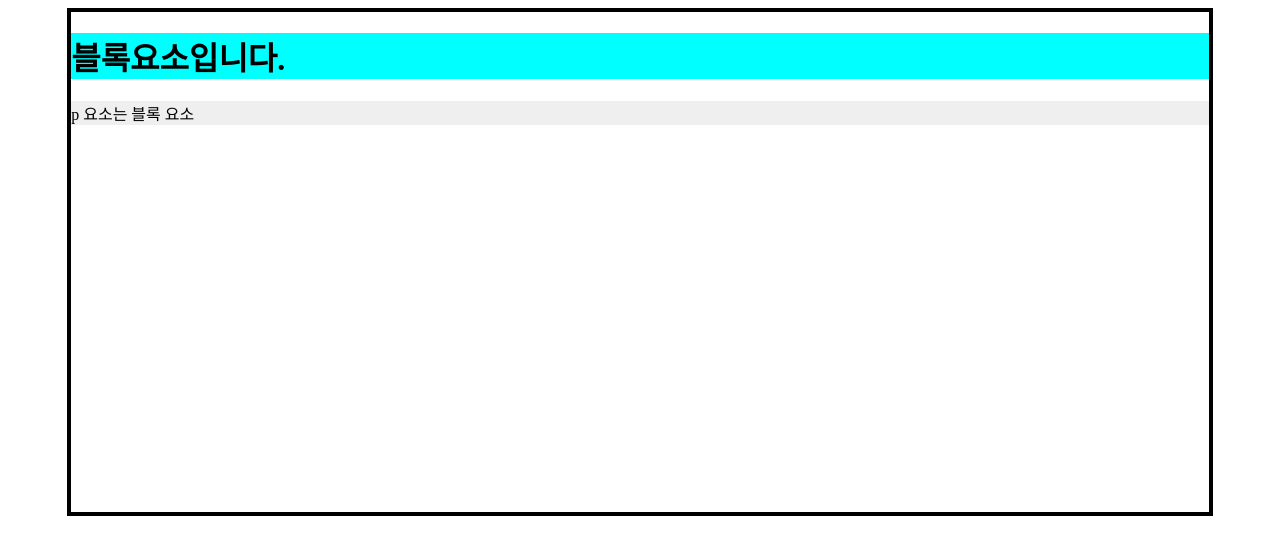
Repository: JeongminHW/Web_study
Page: HTML/myHTML/src/main/webapp/ch02/block.html
An editor plug-in stored every save of this project. The page is shown before and after the next save, followed by the edit.
The browser window is 1280 px wide. The pictures show the whole page.

Above is the page before, as saved 2024-07-08 07:41:51.

### HTML/myHTML/src/main/webapp/ch02/block.html
<!DOCTYPE html>
<html>

<head>
<meta charset="UTF-8">
<title>타이틀</title>
<style>
#wrap{
width:90%;
height:500px;
margin:0 auto;
border:4px solid #000;
}
</style>
</head>

<body>
	<div id="wrap">
		<div>
			<h1 style="background: aqua;">블록요소입니다.</h1>
			<p style="background: buttonshadow;">p 요소는 블록 요소</p>
		</div>
		<div>

		</div>
	</div>
</body>

</html>

After the next save:
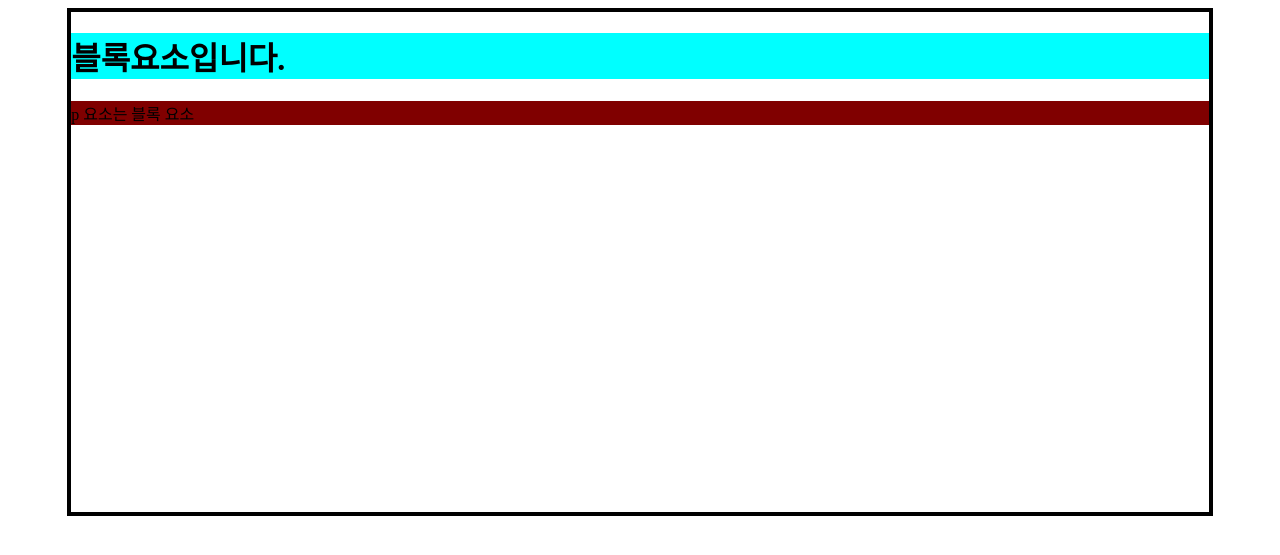
Saved 26 s later.
--- a/HTML/myHTML/src/main/webapp/ch02/block.html
+++ b/HTML/myHTML/src/main/webapp/ch02/block.html
@@ -18,7 +18,7 @@ border:4px solid #000;
 	<div id="wrap">
 		<div>
 			<h1 style="background: aqua;">블록요소입니다.</h1>
-			<p style="background: buttonshadow;">p 요소는 블록 요소</p>
+			<p style="background: maroon;">p 요소는 블록 요소</p>
 		</div>
 		<div>
 
